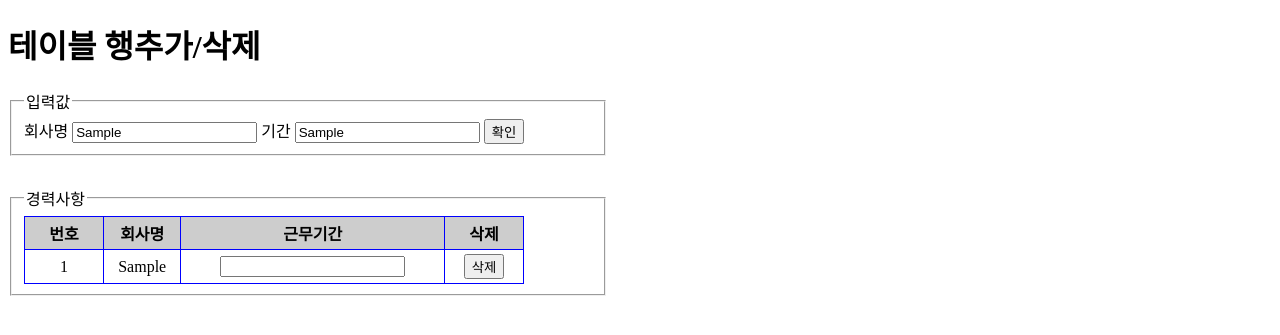
Repository: CHOKIHO/html
Page: work/0110/WebContent/work01.html
An editor plug-in stored every save of this project. The page is shown before and after the next save, followed by the edit.
The browser window is 1280 px wide. The pictures show the whole page.
Empty fields were first filled with sample values (such as "Sample", 5 or name@example.com).
After loading, the first visible `input[onclick="addRow()"]` was clicked once.

Above is the page before, as saved 2017-01-10 08:49:00.

### work/0110/WebContent/work01.html
<!DOCTYPE html>
<html>
<head>
<meta charset="UTF-8">
<title>테이블 추가</title>

<style type="text/css">

	body form {
		width:600px;
		border-collapse: collapse;
		margin-bottom: 30px;
	}

	body table {
		width:500px;
		border: 1px solid blue;
		border-collapse: collapse;
	}
	body table th, body table td {
		border: 1px solid blue;
		padding: 4px;
		//text-align: center;
	}

	body table>thead th {
		background-color: #cdcdcd;
	}

	body table>thead .fr {
		text-align: right;
	}

	.no { width: 70px;}


</style>

<script type="text/javascript">

	var idx=1;

	//테이블 Row 추가 함수
	function addRow() {

		//추가할 td를 생성한다.
		var td1 = document.createElement("td");
		var td2 = document.createElement("td");
		var td3 = document.createElement("td");
		var td4 = document.createElement("td");



		var txt1 = document.createElement("input");
		txt1.type="text";
		txt1.name="lic";

		var txt2 = document.createElement("input");
		txt2.type="text";
		txt2.name="pos";

		var btn = document.createElement("input");
		btn.type="button";
		btn.name="btn";
		btn.value="삭제";

		/* td4.innerHTML = "<input type='text' value='삭제' onclick='deleteRow(this)'/>"; */   /* 문자열로 지정 */

		//① td객체에 문자열지정 (innerHTML, innerText)
		td1.innerHTML = idx++;
		td2.innerHTML = document.getElementById("bcom").value;
		td3.appendChild(txt2);
		td4.appendChild(btn);

		//② 추가할 tr을 생성
		var tr = document.createElement("tr");

		//③ tr 엘리먼트에 td엘리먼트 추가
		tr.appendChild(td1);
		tr.appendChild(td2);
		tr.appendChild(td3);
		tr.appendChild(td4);

		//④ row를 추가할 table 검색
		var tab = document.getElementById("myTable");

		//⑤ tbody를 찾기 (DOM구조: 자식들 태크는 배열로 저장되어 있음)
		var tbody = tab.children[1];

		//⑥ tbody에 tr추가
		tbody.appendChild(tr);

		//⑦ sytle 추가
		tr.style.textAlign = "center";


		var rowNo=0;

		tr.onmouseover = function() {  //익명함수 사용 (함수안에서 함수사용)

			rowNo = this.rowIndex;			//전역변수 이용
			//tab.rowNo = this.rowIndex;    //테이블변수 이용

		};

		btn.onclick = function() {

			tab.deleteRow(rowNo);

		};
	}


</script>

</head>
<body>
	<h1>테이블 행추가/삭제</h1>



	<form action="">
		<fieldset>
			<legend>입력값</legend>
			<label for="b_com">회사명</label>
			<input type="text" id="bcom" name="com">
			<label for="b_year">기간</label>
			<input type="text" id="b_year" name="yy">
			<input type="button" value="확인" onclick="addRow()">
		</fieldset>
	</form>





	<form>
	<fieldset>
	<legend>경력사항</legend>
		<table id="myTable">
			<thead>
				<tr>
					<th class="no">번호</th>
					<th>회사명</th>
					<th>근무기간</th>
					<th class="no">삭제</th>
				</tr>
			</thead>
			<tbody>
			<!-- 테이블 행추가할 body 구역 -->
			</tbody>
		</table>
	</fieldset>
	</form>

</body>
</html>

After the next save:
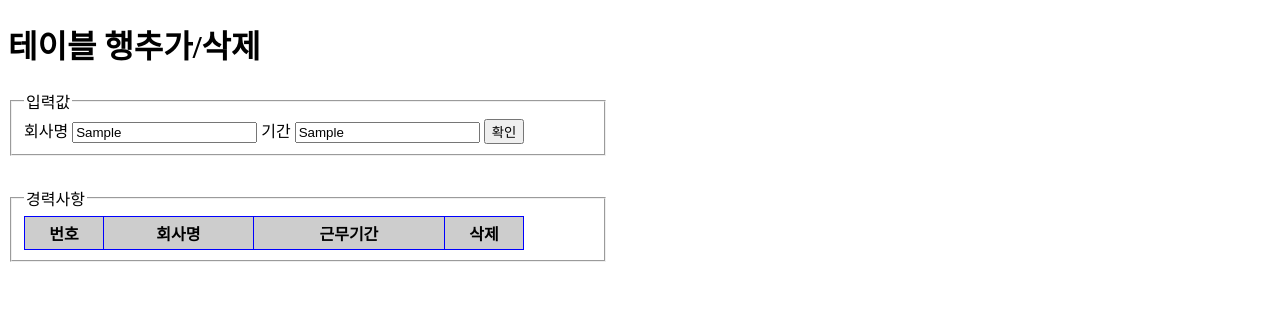
Console error: TypeError: Cannot read properties of null (reading 'value')
Saved 26 s later.
--- a/work/0110/WebContent/work01.html
+++ b/work/0110/WebContent/work01.html
@@ -69,7 +69,7 @@
 		//① td객체에 문자열지정 (innerHTML, innerText)
 		td1.innerHTML = idx++;
 		td2.innerHTML = document.getElementById("bcom").value;
-		td3.appendChild(txt2);
+		td3.innerHTML = document.getElementById("byear").value;
 		td4.appendChild(btn);
 
 		//② 추가할 tr을 생성

After the save that followed:
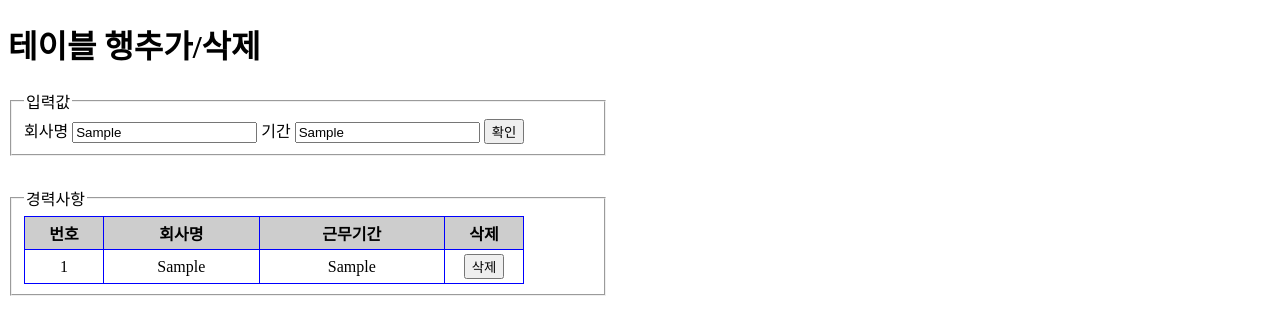
The error is gone.
Saved 28 s later.
--- a/work/0110/WebContent/work01.html
+++ b/work/0110/WebContent/work01.html
@@ -69,7 +69,7 @@
 		//① td객체에 문자열지정 (innerHTML, innerText)
 		td1.innerHTML = idx++;
 		td2.innerHTML = document.getElementById("bcom").value;
-		td3.innerHTML = document.getElementById("byear").value;
+		td3.innerHTML = document.getElementById("b_year").value;
 		td4.appendChild(btn);
 
 		//② 추가할 tr을 생성
